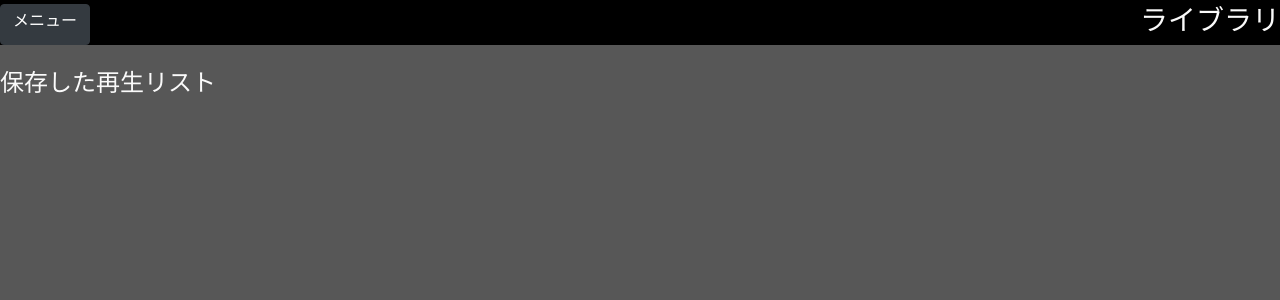
Repository: ShutaKamemura/Portfolio
Page: http://localhost/test/LibraryServlet
An editor plug-in stored every save of this project. The page is shown before and after the next save, followed by the edit.
The browser window is 1280 px wide. The pictures show the whole page.
Some web libraries are served in a nearby version. The page is served by Tomcat 9. Other server files are loaded and not shown.

Above is the page before, as saved 2020-06-29 05:41:23.
Console error: TypeError: Cannot read properties of null (reading 'addEventListener')

### test/WebContent/library.jsp
<%@ page language="java" contentType="text/html; charset=utf-8"
    pageEncoding="UTF-8"%>
<%@ taglib prefix="c" uri="http://java.sun.com/jsp/jstl/core" %>
<!DOCTYPE html>
<html>
<head>
<meta charset="UTF-8">
<title>ライブラリ</title>
<script src="https://kit.fontawesome.com/75beac86c5.js" crossorigin="anonymous"></script>
<link rel="stylesheet" href="https://stackpath.bootstrapcdn.com/bootstrap/4.5.0/css/bootstrap.min.css" integrity="sha384-9aIt2nRpC12Uk9gS9baDl411NQApFmC26EwAOH8WgZl5MYYxFfc+NcPb1dKGj7Sk" crossorigin="anonymous">
<link href="library.css" rel="stylesheet">
</head>
<body>
<header>
<h3>ライブラリ</h3>
		<div class="tab" onclick="obj=document.getElementById('open').style; obj.display=(obj.display=='none')?'block':'none';">
			<button class="btn btn-dark">
			<h6 style="cursor: pointer;">メニュー</h6></button>
		</div>
		<div id="open" style="display:none;clear:both;">

			<div class="header-left">
				<div class="btn-group-vertical" role="group" aria-label="積み重ねボタングループ">

				<form action="MypageServlet" method="get">
					<button name="btn" value="home" class="btn btn-dark" style="width: 130px;">
					<i class="fas fa-home fa-fw"></i>HOME</button>
				</form>

				<form action="MypageServlet" method="get">
					<button name="btn" value="search" class="btn btn-dark" style="width: 130px;">
					<i class="fa fa-search fa-fw"></i>検索</button>
					<input type="hidden" name="selectWay" value="username">
				</form>

				<form action="MypageServlet" method="get">
					<button name="btn" value="like" class="btn btn-dark" style="width: 130px;">
					<i class="fa fa-navicon fa-fw"></i>ライブラリ</button>
				</form>

				<form action="MypageServlet" method="get">
					<button name="btn" value="set" class="btn btn-dark" style="width: 130px;">
					<i class="fas fa-cog fa-spin"></i>設定</button>
				</form>

				</div>
			</div>
		</div>
</header>
<br>
<div class="inline-block_test">
	<h4>保存した再生リスト</h4>
	<br>
</div>

<div>
	<c:if test="${list != null}">

		<div class="container">
			<div class="row">
			<c:forEach var="item" items="${list}">
				<tr>
				<div class="col-lg-4">

					<video style="width: 300px; height: 200px;" src="${item.replay}.mp4" poster="${item.img}.jpg" id="video">
						<source src="${item.replay}.mp4" type="video/mp4">
					</video>
					<br>
					<button id="goFS" style="background: #fafafa">
					<i class="fa fa-play-circle-o "></i> 再生する</button>

					<br>${item.name}<br>[${item.category}]<br>

					<form action="MypageServlet" method="get">
						<button name="btn" value="keep" style="background: #575757">＋ 保存</button>
						<input type="hidden" name="code" value="${item.code}">
					</form>
					<br>
					<br>
				</div>
				</tr>
			</c:forEach>
			</div>
		</div>
	</c:if>
</div>

<script>
 					 var goFS = document.getElementById("goFS");
					  goFS.addEventListener("click", function() {
 					     var video = document.getElementById("video");
  					    video.requestFullscreen();
 					 }, false);

					  video.onclick = function (event) {
						  if (video.fullscreenElement) {
						    video.exitFullscreen()
						  }
						};
					</script>


</body>
</html>

### test/src/controller/LibraryServlet.java
package controller;

import java.io.IOException;
import java.sql.SQLException;

import javax.servlet.RequestDispatcher;
import javax.servlet.ServletContext;
import javax.servlet.ServletException;
import javax.servlet.annotation.WebServlet;
import javax.servlet.http.HttpServlet;
import javax.servlet.http.HttpServletRequest;
import javax.servlet.http.HttpServletResponse;

import dbAccess.DBAccess;

/**
 * Servlet implementation class LibraryServlet
 */
@WebServlet("/LibraryServlet")
public class LibraryServlet extends HttpServlet {
	private static final long serialVersionUID = 1L;
	public static DBAccess dbAccess;
	/**
	 * @see HttpServlet#doGet(HttpServletRequest request, HttpServletResponse response)
	 */
	protected void doGet(HttpServletRequest request, HttpServletResponse response) throws ServletException, IOException {



		ServletContext context = getServletContext();
		RequestDispatcher dis = context.getRequestDispatcher("/library.jsp");
		dis.forward(request, response);
	}

	/**
	 * @see HttpServlet#doPost(HttpServletRequest request, HttpServletResponse response)
	 */
	protected void doPost(HttpServletRequest request, HttpServletResponse response) throws ServletException, IOException {
		// TODO Auto-generated method stub
		doGet(request, response);
	}

}

### test/WebContent/library.css
@charset "UTF-8";

body{
	background: #575757;
	color: #fafafa;
}

header {
	height: 45px;
	width: 100%;
	padding-top: 4px;
	background: #000000;
}

header h3 {
	float: right;
	text-align: center;
}

.btn {
	float:left;
}

text {
	text-align: center;
}
.row {
	text-align: center;
}

.video-btn {
    content: "";
    position: absolute;
    top:0;
    left:0;
    right:0;
    bottom:40px; /*コントローラー分下部に余白を*/
    cursor: pointer;
}

After the next save:
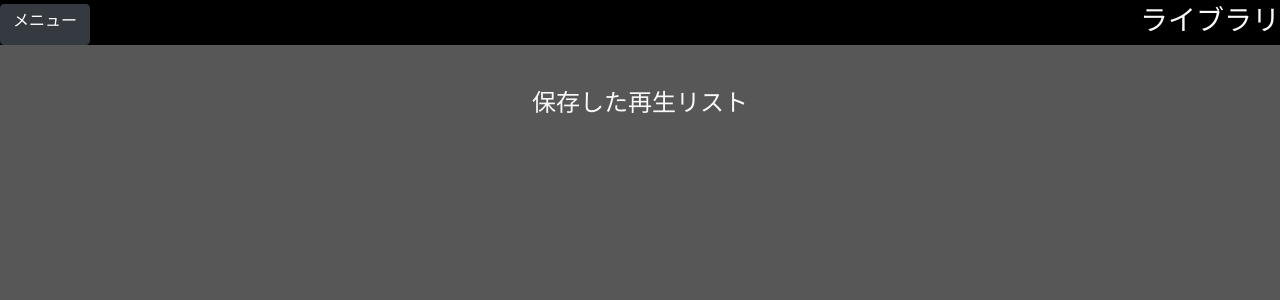
Saved 23 s later.
--- a/test/WebContent/library.css
+++ b/test/WebContent/library.css
@@ -21,9 +21,15 @@ header h3 {
 	float:left;
 }
 
-text {
+.inline-block_test {
+	display: inline-block;
+	background-color: #575757;
+	padding: 20px;
+	height: 60px;
+	width: 100%;
 	text-align: center;
 }
+
 .row {
 	text-align: center;
 }
